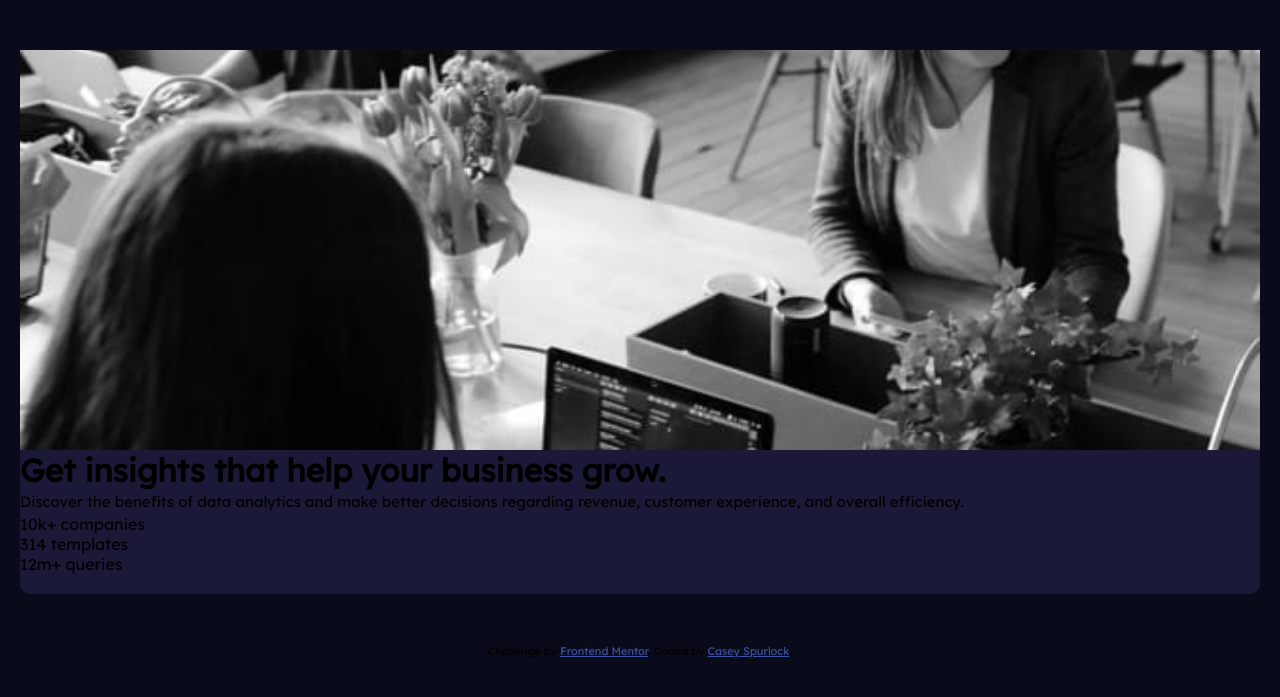
Repository: CaseySpurlock/stats-prewiew-component
Page: index.html
These files come from the project's save history. The page is drawn as it stood at one moment and after the next save; the edit follows.
The browser window is 1280 px wide. The pictures show the whole page.

Above is the page before, as saved 2021-06-22 01:12:57.

### index.html
<!DOCTYPE html>
<html lang="en">
<head>
  <meta charset="UTF-8">
  <meta name="viewport" content="width=device-width, initial-scale=1.0"> <!-- displays site properly based on user's device -->

  <link rel="icon" type="image/png" sizes="32x32" href="./images/favicon-32x32.png">

  <title>Frontend Mentor | Stats preview card component</title>

  <link rel="stylesheet" href="styles.css">
  <link rel="preconnect" href="https://fonts.googleapis.com">
  <link rel="preconnect" href="https://fonts.gstatic.com" crossorigin>
  <link href="https://fonts.googleapis.com/css2?family=Inter:wght@400;700&family=Lexend+Deca&display=swap" rel="stylesheet">

</head>

<body>

  <div class="container">
    <div class="card picture">
      <div class="overlay"></div>
    </div>
      <div class="card">
        <h1>Get insights that help your business grow.</h1>
      <p>Discover the benefits of data analytics and make better decisions regarding revenue, customer
        experience, and overall efficiency.</p>
        <ul>
          <li>10k+ companies</li>
          <li>314 templates</li>
          <li>12m+ queries</li>
        </ul>
      </div>
      </div>








  <div class="attribution">
    Challenge by <a href="https://www.frontendmentor.io?ref=challenge" target="_blank">Frontend Mentor</a>.
    Coded by <a href="#">Casey Spurlock</a>.
  </div>
</body>
</html>

### styles.css
:root {
    --Very-dark-blue: hsl(233, 47%, 7%);
    --Dark-desaturated-blue: hsl(244, 38%, 16%);
    --Soft-violet: hsl(277, 64%, 61%);
    --White: hsl(0, 0%, 100%);
    --Slightly-transparent -white: hsla(0, 0%, 100%, 0.75);
    --Slightly-transparent-white: hsla(0, 0%, 100%, 0.6);
}

* {
    margin: 0;
    padding: 0;
    box-sizing: border-box;
}

img {
    max-width: 100%;
}

ul {
    list-style-type: none;
}

body {
    font-family: "lexend deca", sans-serif;
    background-color: var(--Very-dark-blue);
}

p {
    font-size: 15px;
    line-height: 1.6;
}

.container {
    background-color: var(--Dark-desaturated-blue);
    margin: 50px 20px;
    padding: 0 0 20px;
    border-radius: 10px;
}

.container .picture  {
    background: url(images/image-header-mobile.jpg)
    no-repeat center/cover;
    height: 400px;
}

.container .picture .overlay {
    background-color: hsla(277, 64%, 61% 0.7);
    height: 400px;
}

.container .picture img {
    border-radius: 10px 10px 0 0;
}


.attribution {
    font-size: 11px;
    text-align: center;
}
.attribution a {
    color: hsl(228, 45%, 44%);
}

After the next save:
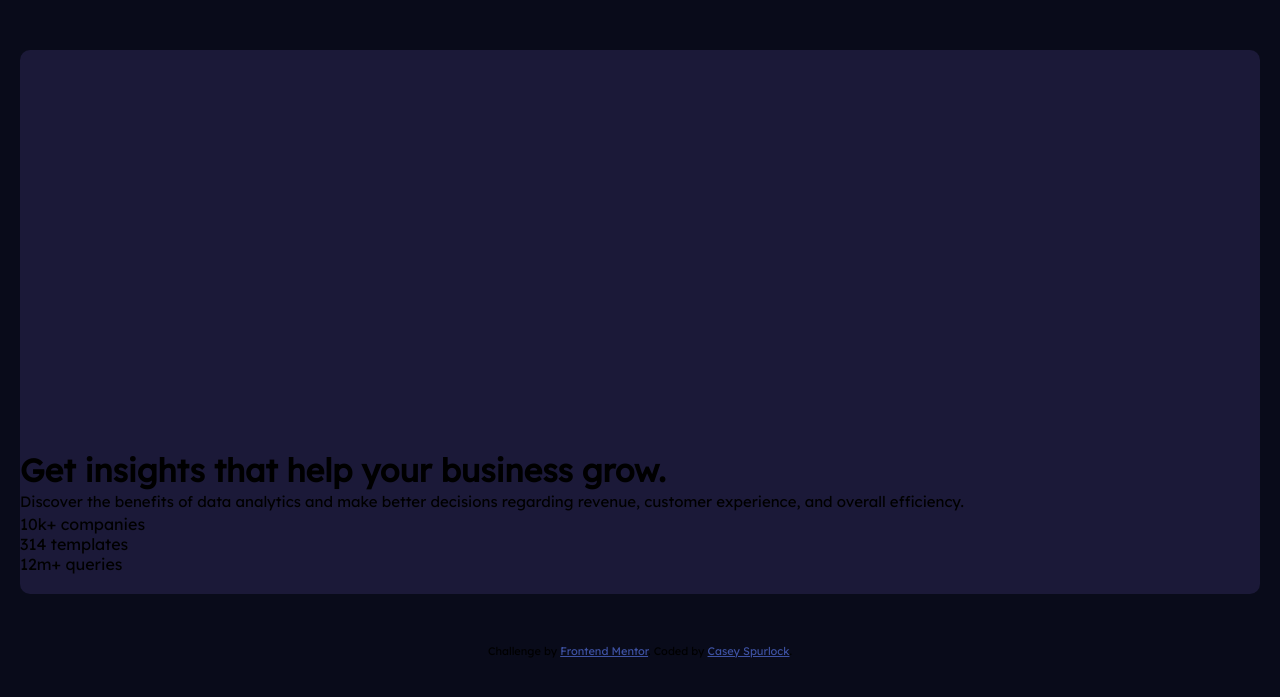
Saved 44 s later.
--- a/styles.css
+++ b/styles.css
@@ -38,7 +38,7 @@
     border-radius: 10px;
 }
 
-.container .picture  {
+.container .card .picture  {
     background: url(images/image-header-mobile.jpg)
     no-repeat center/cover;
     height: 400px;

After the save that followed:
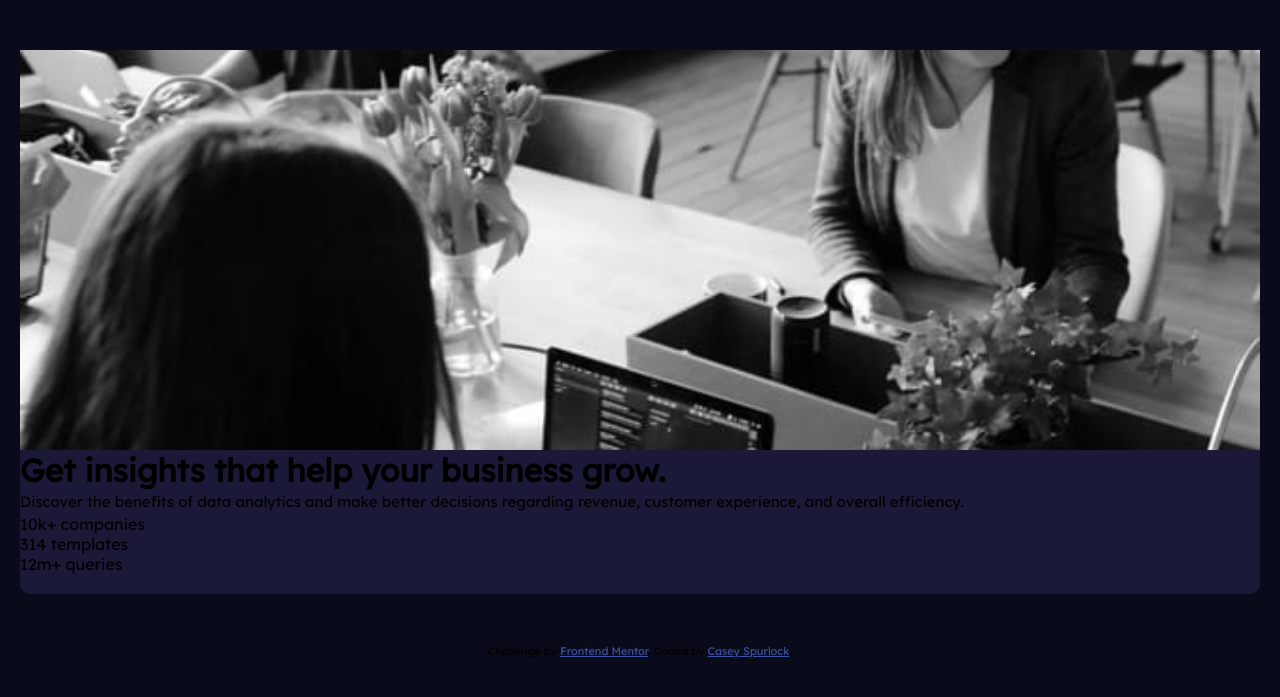
Saved 5 s later.
--- a/styles.css
+++ b/styles.css
@@ -38,7 +38,7 @@
     border-radius: 10px;
 }
 
-.container .card .picture  {
+.container .picture  {
     background: url(images/image-header-mobile.jpg)
     no-repeat center/cover;
     height: 400px;
